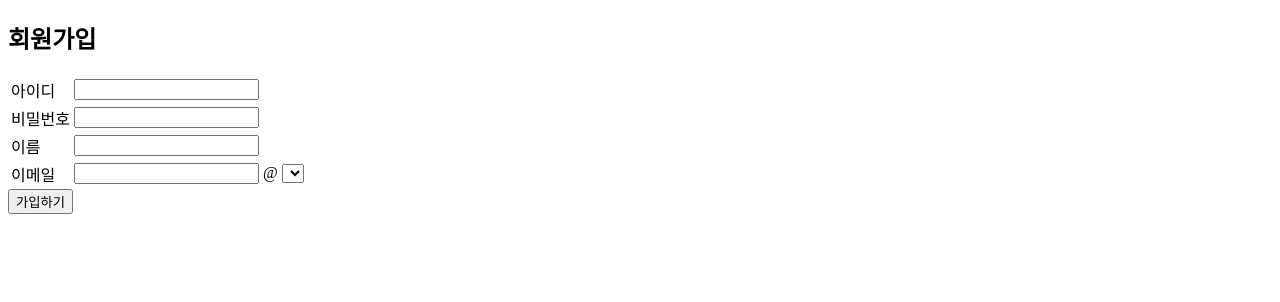
Repository: Idooru/academy_servlet
Page: pro07/WebContent/memberForm.html
The author's editor kept a copy of each file at every save. The page is drawn from the files as they stood at one save, then again after a run of saves.
The browser window is 1280 px wide. The pictures show the whole page.

Above is the page before, as saved 2023-09-07 06:24:58.

### pro07/WebContent/memberForm.html
<!DOCTYPE html>
<html>

<head>
	<meta charset="UTF-8">
	<title>JOIN FORM</title>
	<script type="text/javascript">
		function fn_sendMember() {
			let frmMember = document.frmMember;
			let id = frmMember.id.value;
			let pwd = frmMember.pwd.value;
			let name = frmMember.name.value;
			let email = frmMember.email.value;

			if (!id) {
				alert("아이디는 필수입니다.");
			} else if (!pwd) {
				alert("비밀번호는 필수입니다.");
			} else if (!name) {
				alert("이름은 필수입니다.");
			} else if (!email) {
				alert("이메일은 필수입니다.");
			} else {
				frmMember.method = "post";
				frmMember.action = "member";
				frmMember.submit();
			}
		}
	</script>
</head>

<body>

	<form name="frmMember">
		<h2>회원가입</h2>
		<table>
			<tr>
				<td>아이디</td>
				<td><input type="text" name="id" /></td>
			</tr>
			<tr>
				<td>비밀번호</td>
				<td><input type="password" name="pwd" /></td>
			</tr>
			<tr>
				<td>이름</td>
				<td><input type="text" name="name" /></td>
			</tr>
			<tr>
				<td>이메일</td>
				<td>
					<input type="text" name="email" />
					@
					<select name="enomain"></select>
				</td>
			</tr>

			</tr>
		</table>
		<input type="button" value="가입하기" onclick="fn_sendMember()" />
		<input type="hidden" name="command" value="addMember" />
	</form>
</body>

</html>

After the next 2 saves:
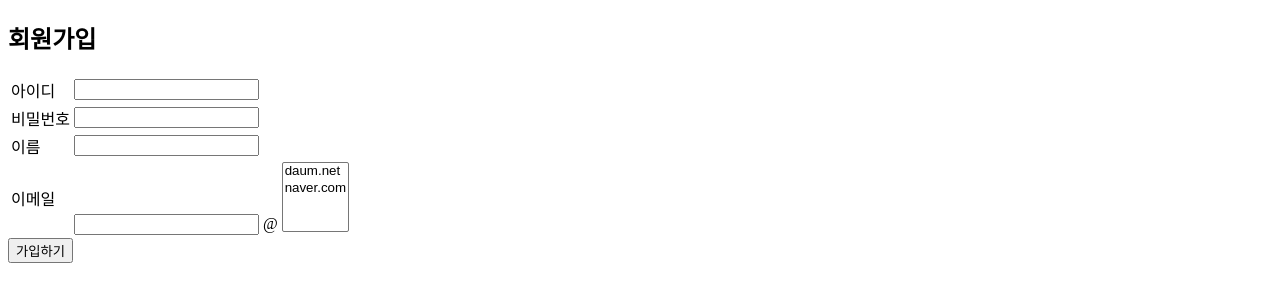
The 2 saves are shown as one change because they came seconds apart.
The last was saved 46 s later.
--- a/pro07/WebContent/memberForm.html
+++ b/pro07/WebContent/memberForm.html
@@ -51,7 +51,10 @@
 				<td>
 					<input type="text" name="email" />
 					@
-					<select name="enomain"></select>
+					<select name="enomain" multiple>
+						<option value="daum.net">daum.net</option>
+						<option value="naver.com">naver.com</option>
+					</select>
 				</td>
 			</tr>
 
